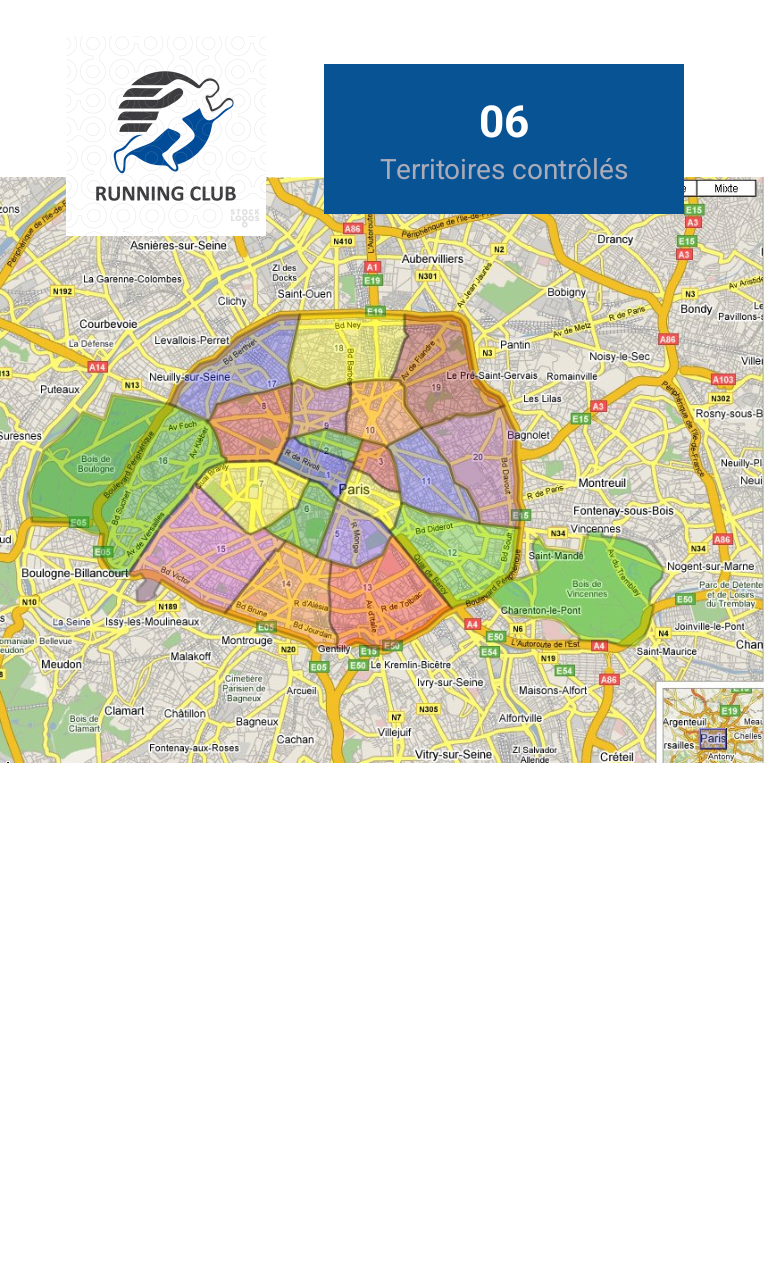
Repository: dekeym/Projet-IHM
Layout: WorkSpace/ChallengeMe/res/layout/fragment_territoires.xml
These files come from the project's save history. The layout is drawn as it stood at one moment and after the next save; the edit follows.
It is drawn on a 768 x 1280 px phone screen (xhdpi) without system bars, with theme android:Theme.Holo.Light.DarkActionBar; the app's code is not run. Lists and similar views that code fills are empty.

Above is the layout before, as saved 2014-12-18 18:53:10.

After the next save:
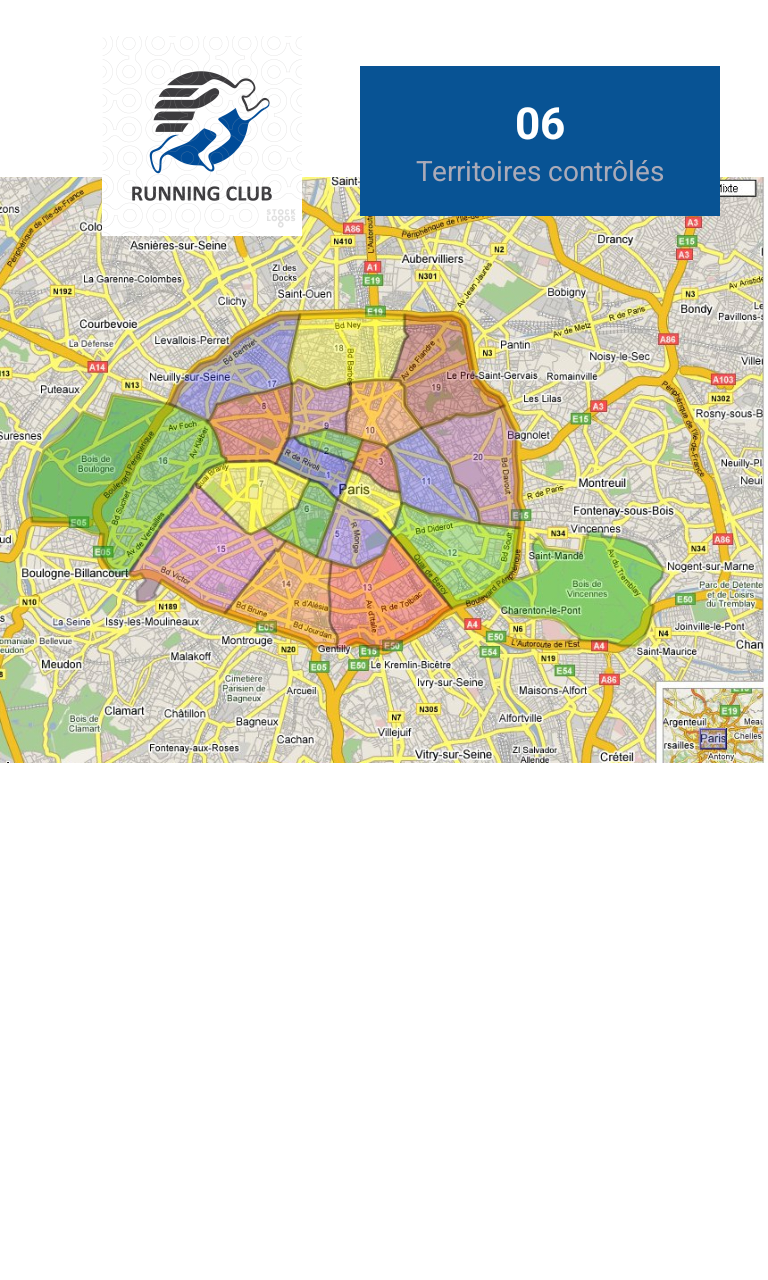
Saved 92 s later.
--- a/WorkSpace/ChallengeMe/res/layout/fragment_territoires.xml
+++ b/WorkSpace/ChallengeMe/res/layout/fragment_territoires.xml
@@ -11,36 +11,6 @@
         android:layout_alignParentLeft="true"
         android:layout_alignParentTop="true"
         android:src="@drawable/mapter" />
-
-    <LinearLayout
-        android:id="@+id/TerritoireLinearLayout1"
-        android:layout_width="180dp"
-        android:layout_height="75dp"
-        android:layout_alignBottom="@+id/Territoireclub"
-        android:layout_alignParentRight="true"
-        android:layout_marginBottom="11dp"
-        android:layout_marginRight="42dp"
-        android:background="#085394"
-        android:gravity="center"
-        android:orientation="vertical" >
-
-        <TextView
-            android:id="@+id/TerritoiretextView2"
-            android:layout_width="wrap_content"
-            android:layout_height="wrap_content"
-            android:text="06"
-            android:textAppearance="?android:attr/textAppearanceLarge"
-            android:textColor="#ffffff"
-            android:textStyle="bold" />
-
-        <TextView
-            android:id="@+id/TerritoiretextView3"
-            android:layout_width="wrap_content"
-            android:layout_height="wrap_content"
-            android:text="Territoires contrôlés"
-            android:textAppearance="?android:attr/textAppearanceSmall"
-            android:textColor="#AAAAB8" />
-    </LinearLayout>
 
     <ImageView
         android:id="@+id/Territoireclub"
@@ -77,4 +47,34 @@
 
     </ListView>
 
+    <LinearLayout
+        android:id="@+id/TerritoireLinearLayout1"
+        android:layout_width="180dp"
+        android:layout_height="75dp"
+        android:layout_alignBottom="@+id/Territoireclub"
+        android:layout_alignParentRight="true"
+        android:layout_marginBottom="10dp"
+        android:layout_marginRight="24dp"
+        android:background="#085394"
+        android:gravity="center"
+        android:orientation="vertical" >
+
+        <TextView
+            android:id="@+id/TerritoiretextView2"
+            android:layout_width="wrap_content"
+            android:layout_height="wrap_content"
+            android:text="06"
+            android:textAppearance="?android:attr/textAppearanceLarge"
+            android:textColor="#ffffff"
+            android:textStyle="bold" />
+
+        <TextView
+            android:id="@+id/TerritoiretextView3"
+            android:layout_width="wrap_content"
+            android:layout_height="wrap_content"
+            android:text="Territoires contrôlés"
+            android:textAppearance="?android:attr/textAppearanceSmall"
+            android:textColor="#AAAAB8" />
+    </LinearLayout>
+
 </RelativeLayout>
